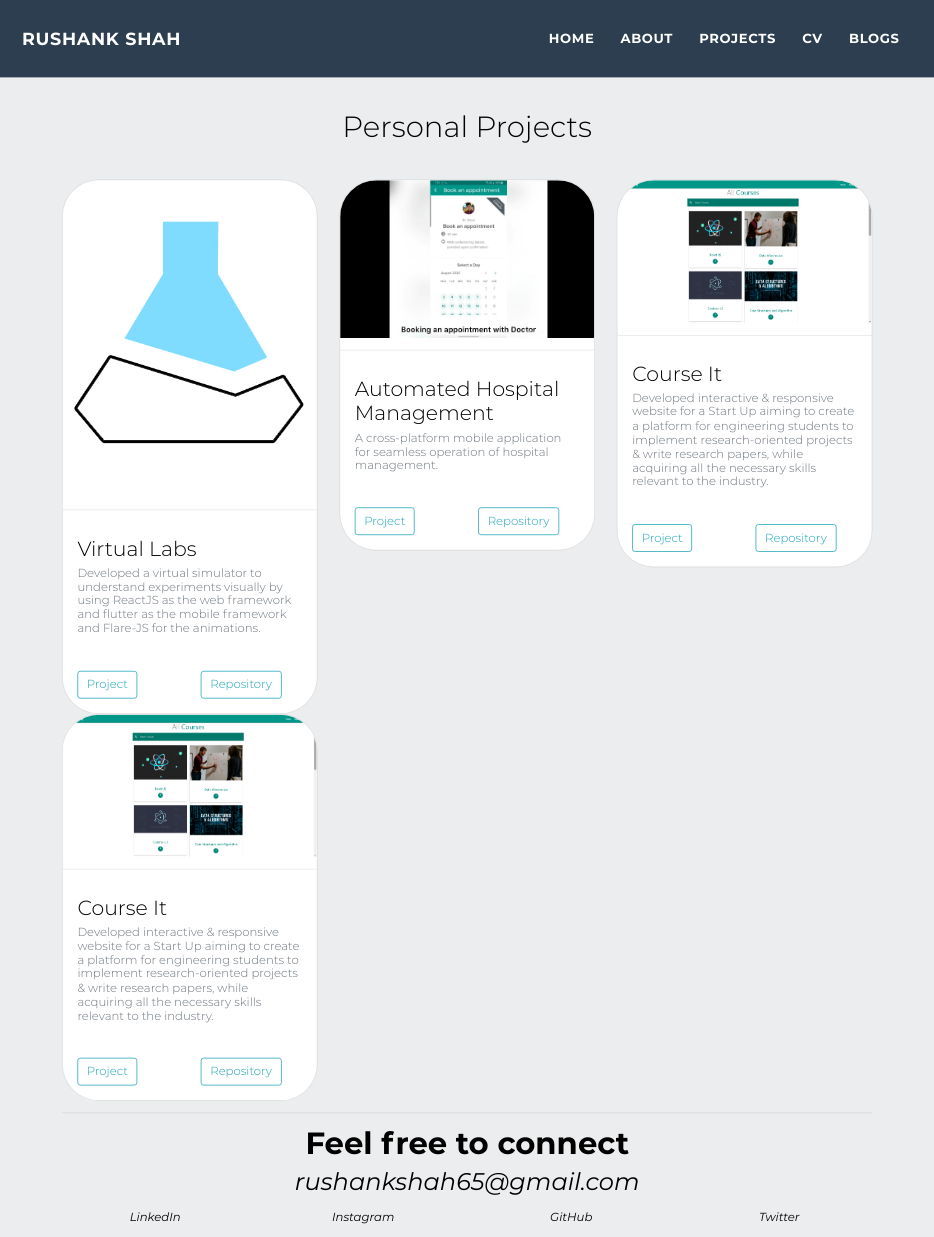
Repository: rushankshah/rushank-shah
Page: /projects
The author's editor kept a copy of each file at every save. The page is drawn from the files as they stood at one save, then again after the next save.
The browser window is 1280 px wide. The pictures show the whole page, at 73% of full size.
The project was rebuilt for these pictures with package versions that can differ from the ones it lists, and the page was loaded fresh each time. The framework's server and built-in components were replaced by stand-ins that run in the browser. Also part of the build but not shown: next.config.js.

Above is the page before, as saved 2020-12-03 01:23:21.

After the next save:
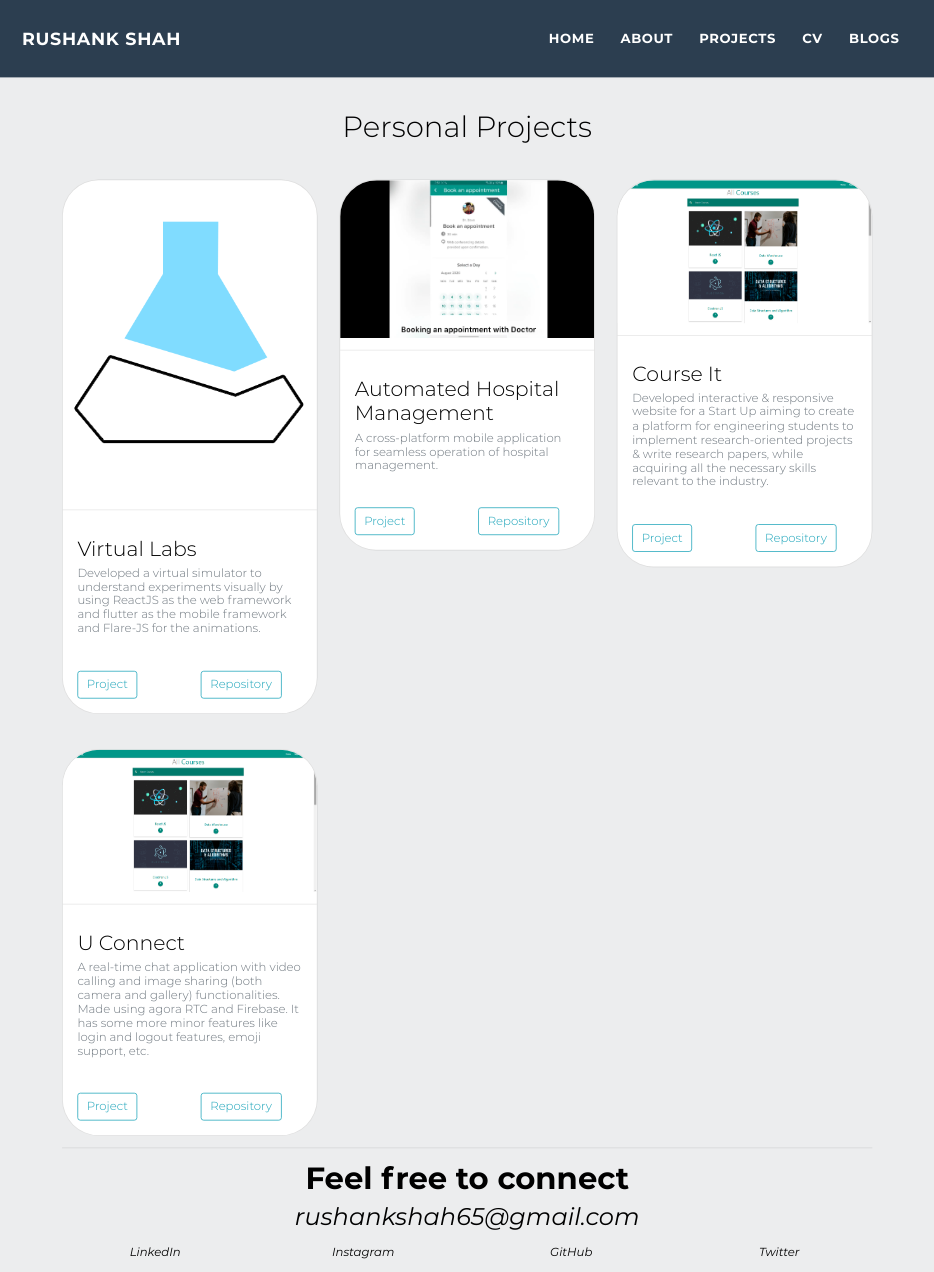
Saved 2 min 34 s later.
--- a/pages/projects.js
+++ b/pages/projects.js
@@ -69,17 +69,17 @@
                             </CardBody>
                         </Card>
                     </Col>
-                    <br></br>
-                    <br></br>
+                </Row>
+                <Row className='mt-5'>
                     <Col md='4'>
                         <Card className='intro custom-card'>
                             <CardImg top src="/static/images/courseit.png" style={{ borderRadius: '50px 50px 0px 0px' }} alt="Card image cap"></CardImg>
                             <hr></hr>
                             <CardBody>
                                 <CardTitle tag='h3'>
-                                    Course It
+                                    U Connect
                                 </CardTitle>
-                                <CardSubtitle tag="h6" className="mb-2 text-muted">Developed interactive & responsive website for a Start Up aiming to create a platform for engineering students to implement research-oriented projects & write research papers, while acquiring all the necessary skills relevant to the industry.</CardSubtitle>
+                                <CardSubtitle tag="h6" className="mb-2 text-muted">A real-time chat application with video calling and image sharing (both camera and gallery) functionalities. Made using agora RTC and Firebase. It has some more minor features like login and logout features, emoji support, etc.</CardSubtitle>
                                 <Row className='mt-5'>
                                     <Col md='6'>
                                         <a className='btn btn-outline-info' target='_blank' href='https://www.youtube.com/watch?v=DS0so4L6310&feature=youtu.be'>Project</a>
